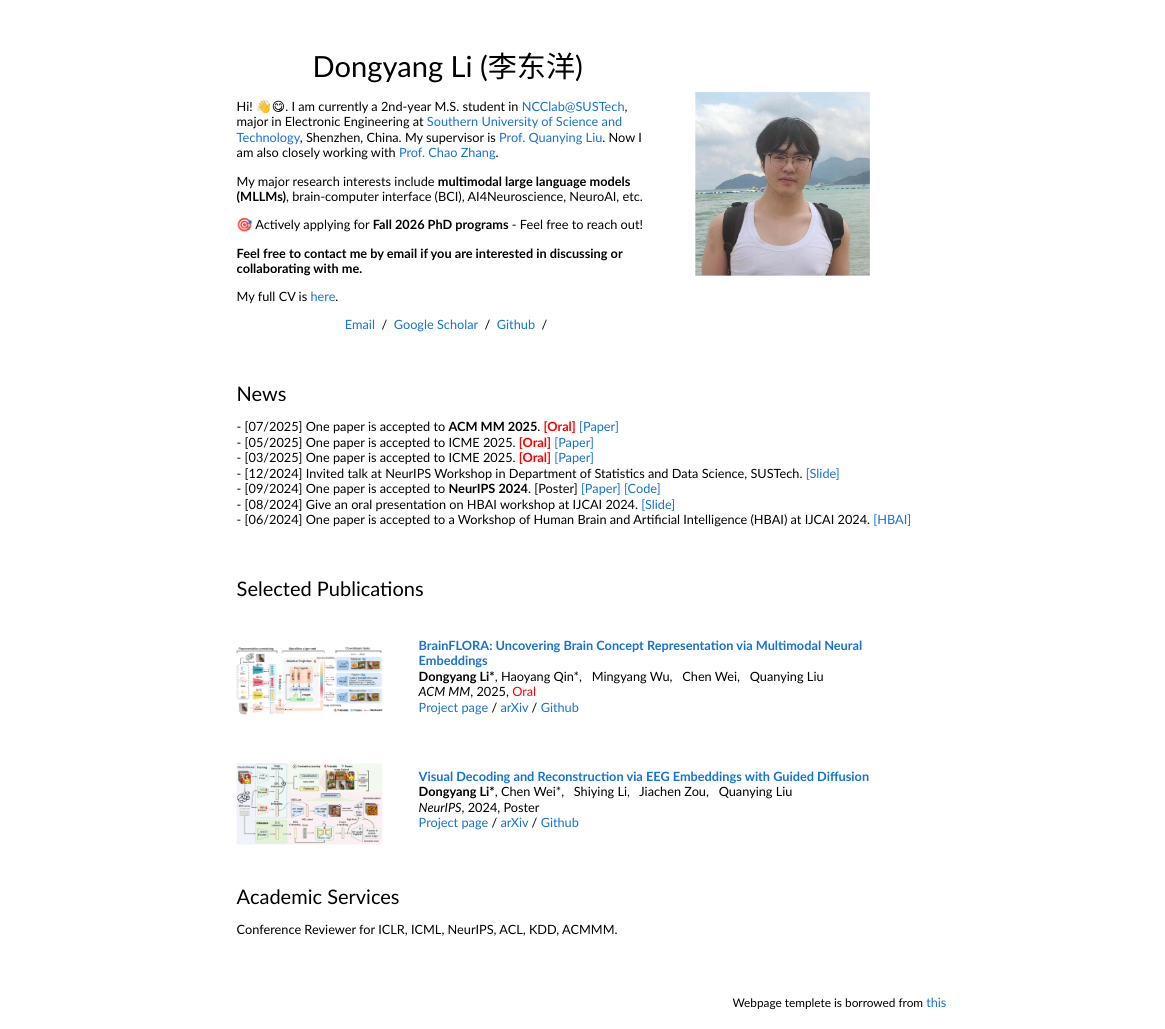
Repository: dongyangli-del/dongyangli-del.github.io
Page: index.html
These files come from the project's save history. The page is drawn as it stood at one moment and after the next save; the edit follows.
The browser window is 1280 px wide. The pictures show the whole page, at 91% of full size.

Above is the page before, as saved 2025-07-12 21:34:46.

After the next save:
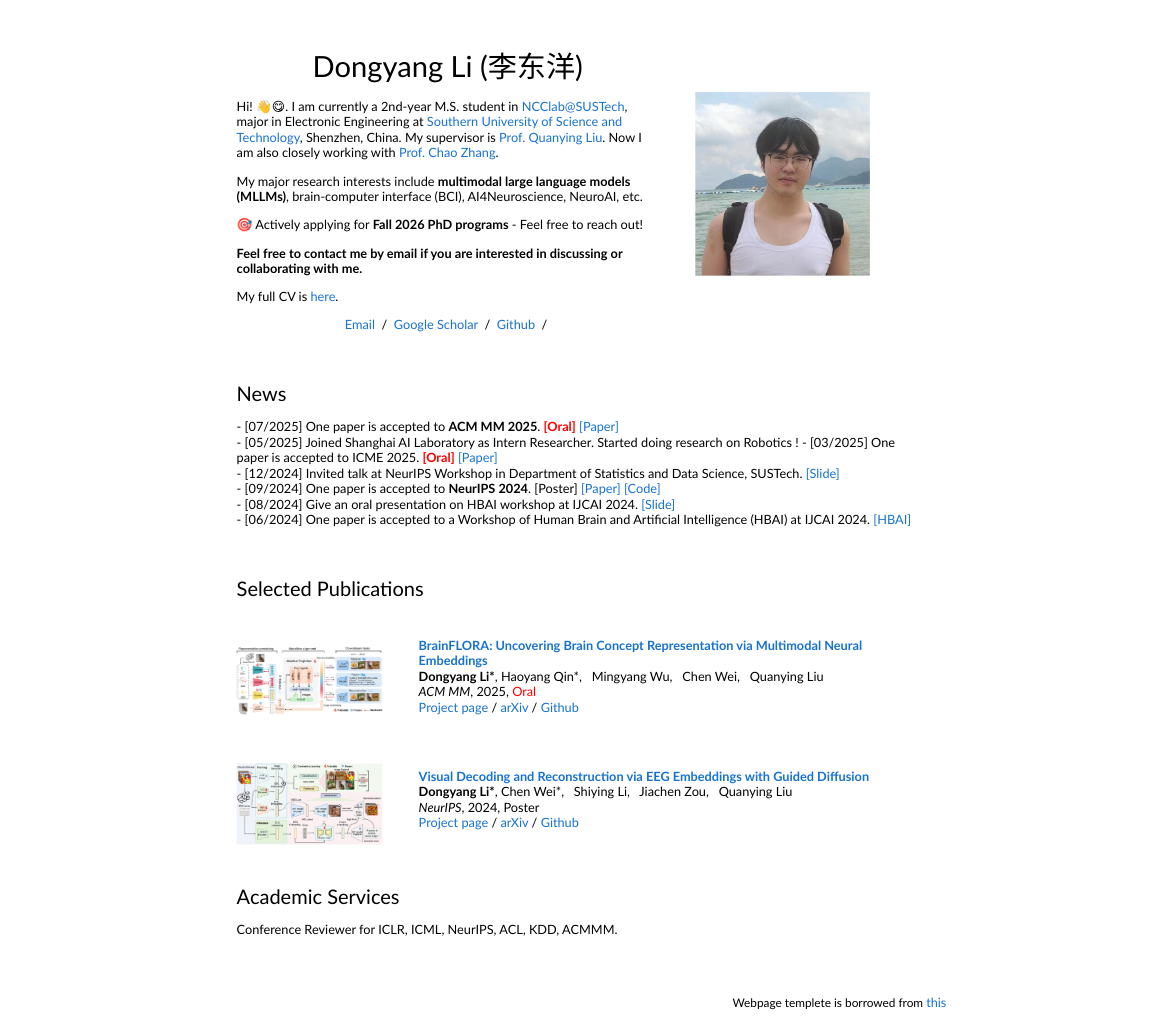
Saved 41 s later.
--- a/index.html
+++ b/index.html
@@ -78,7 +78,7 @@
               <p>
                 - [07/2025] One paper is accepted to <strong>ACM MM 2025</strong>. <span style="color: red; font-weight: bold;">[Oral]</span> <a href="https://arxiv.org/pdf/2410.23754">[Paper]</a><br>
 
-                - [05/2025] One paper is accepted to ICME 2025. <span style="color: red; font-weight: bold;">[Oral]</span> <a href="https://arxiv.org/pdf/2410.23754">[Paper]</a><br>
+                - [05/2025] Joined Shanghai AI Laboratory as Intern Researcher. Started doing research on Robotics !
 
                 - [03/2025] One paper is accepted to ICME 2025. <span style="color: red; font-weight: bold;">[Oral]</span> <a href="https://arxiv.org/pdf/2410.23754">[Paper]</a><br>
 
